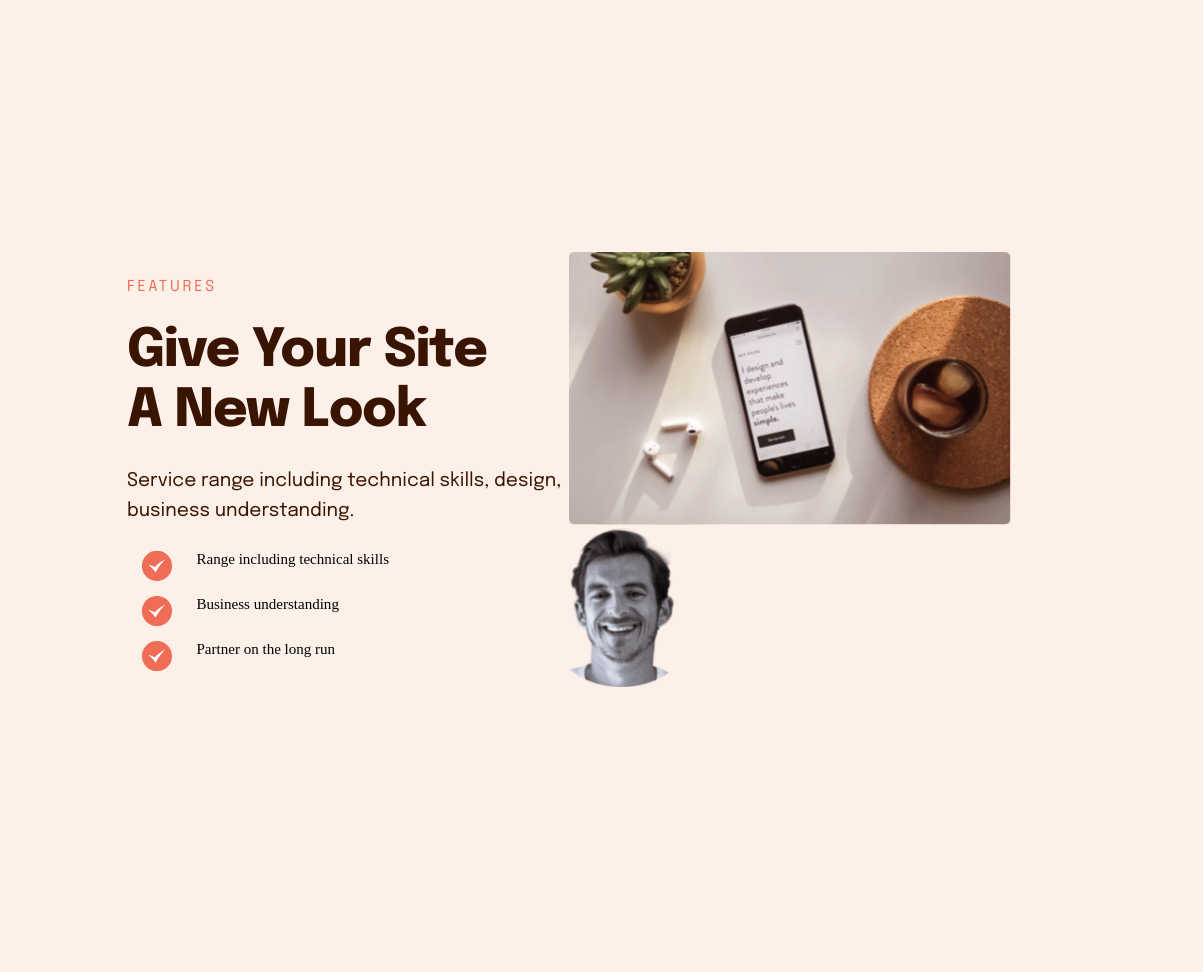
Repository: kubrazamanova/Project-6
Page: index.html
These files come from the project's save history. The page is drawn as it stood at one moment and after a run of saves; the edit follows.
The browser window is 1280 px wide. The pictures show the whole page, at 94% of full size.

Above is the page before, as saved 2023-09-23 10:12:48.

After the next 4 saves:
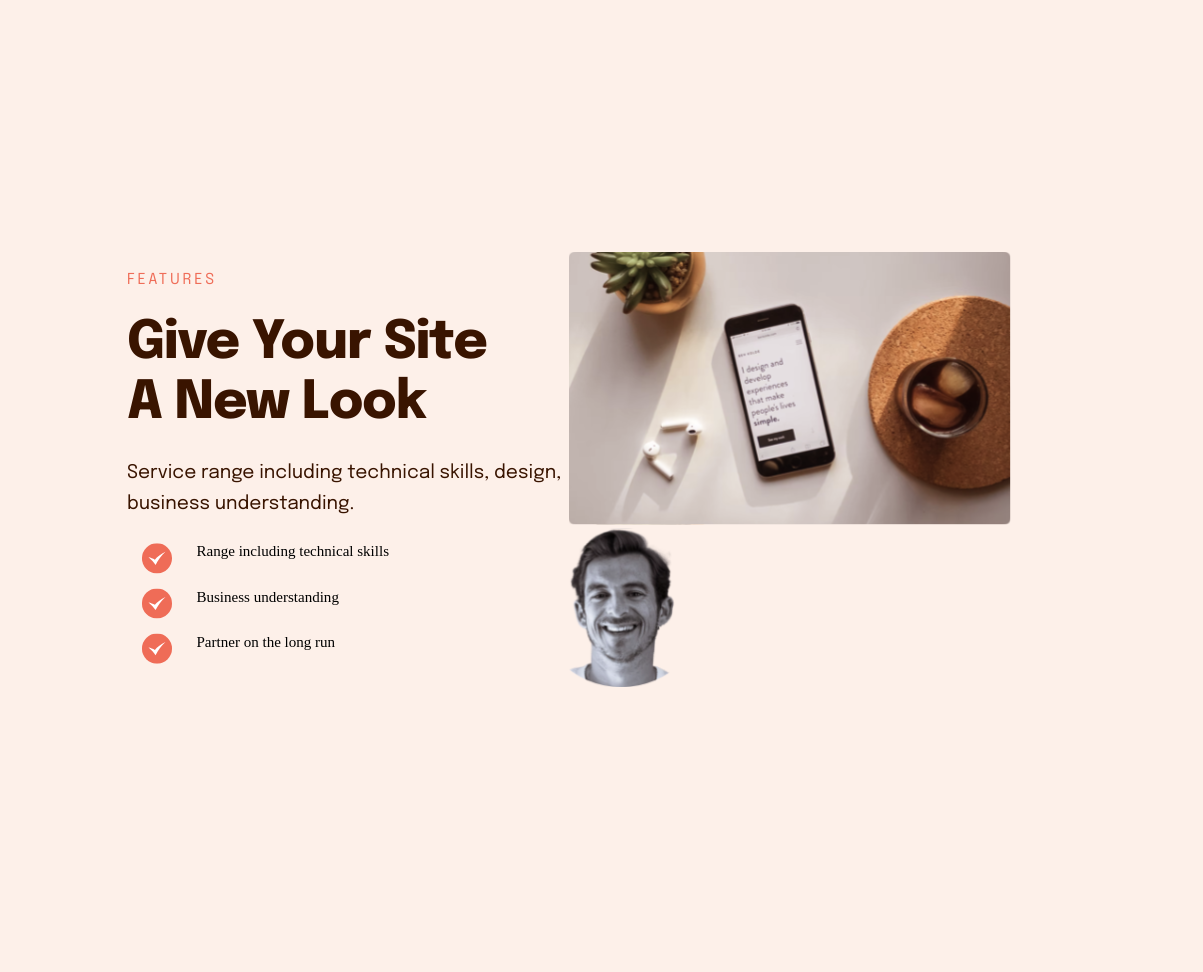
The 4 saves are shown as one change because they came seconds apart.
The last was saved 46 s later.
--- a/index.html
+++ b/index.html
@@ -32,6 +32,7 @@
 
                       </div>
                     </li>
+                    <li>
                         <div class="svg">
                             <svg xmlns="http://www.w3.org/2000/svg" width="32" height="32" viewBox="0 0 32 32" fill="none">
                                 <circle cx="16" cy="16" r="16" fill="#EF6C57"/>
